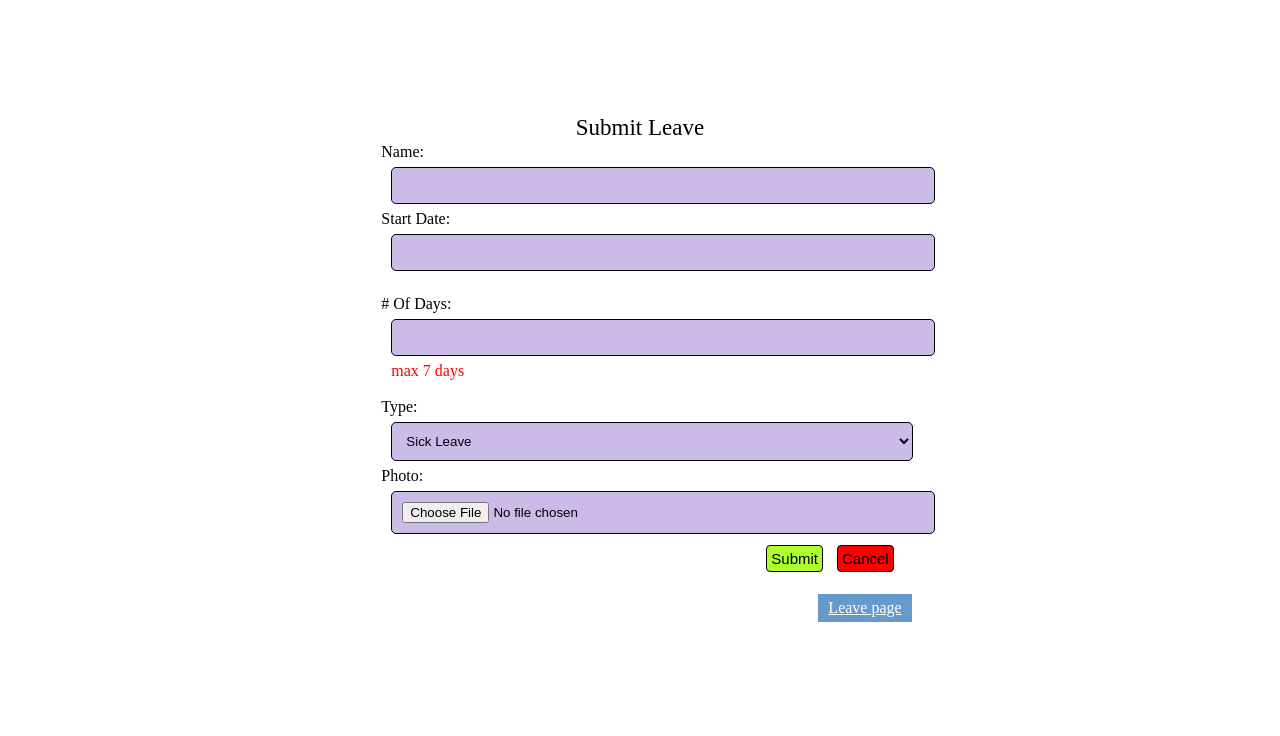
Repository: Murad71/BasicCRUD
Page: index.html
An editor plug-in stored every save of this project. The page is shown before and after the next save, followed by the edit.
The browser window is 1280 px wide. The pictures show the whole page.

Above is the page before, as saved 2023-05-07 05:36:28.
Console error: SyntaxError: Identifier 'storage' has already been declared

After the next save:
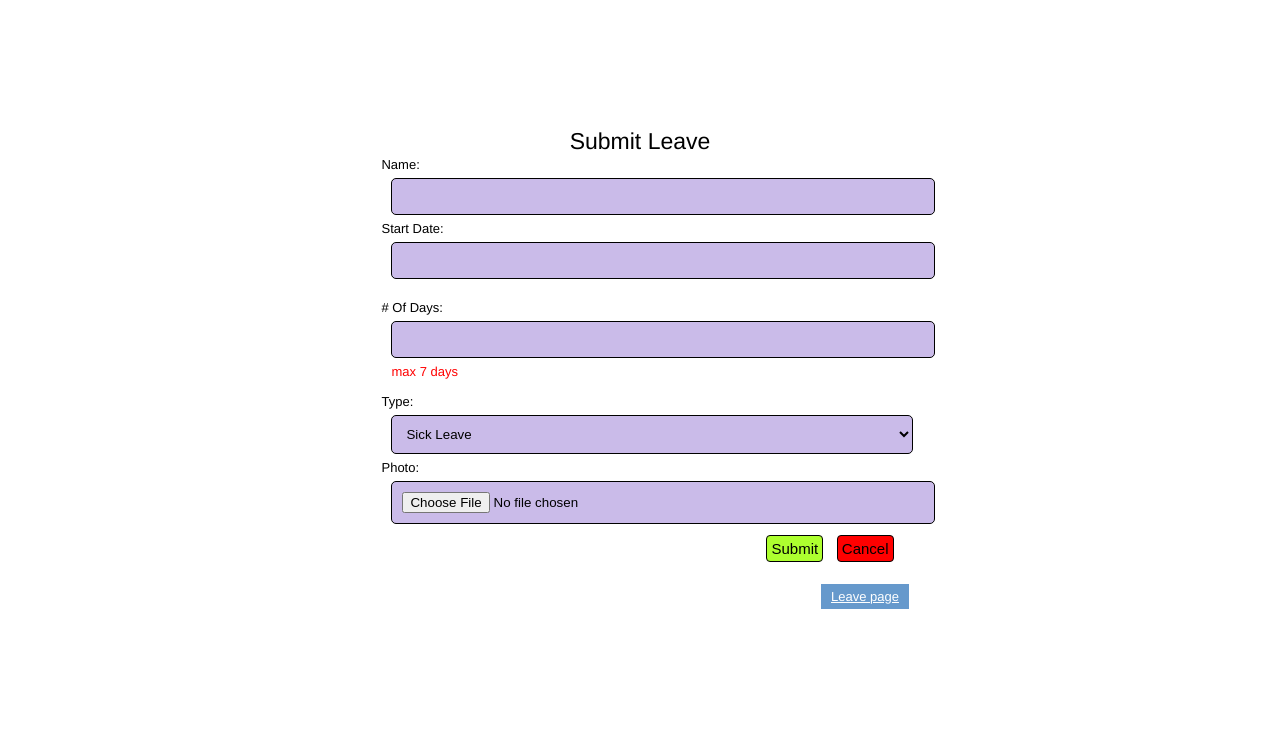
Saved 12 s later.
--- a/index.css
+++ b/index.css
@@ -13,6 +13,10 @@
 
 .flex1
 {
+  box-sizing: border-box;
+  font-family: "Franklin Gothic Medium", "Arial Narrow", Arial, sans-serif;
+  font-size: small;
+
   place-items: center;
   align-items: center;
   display: flex;

After the save that followed:
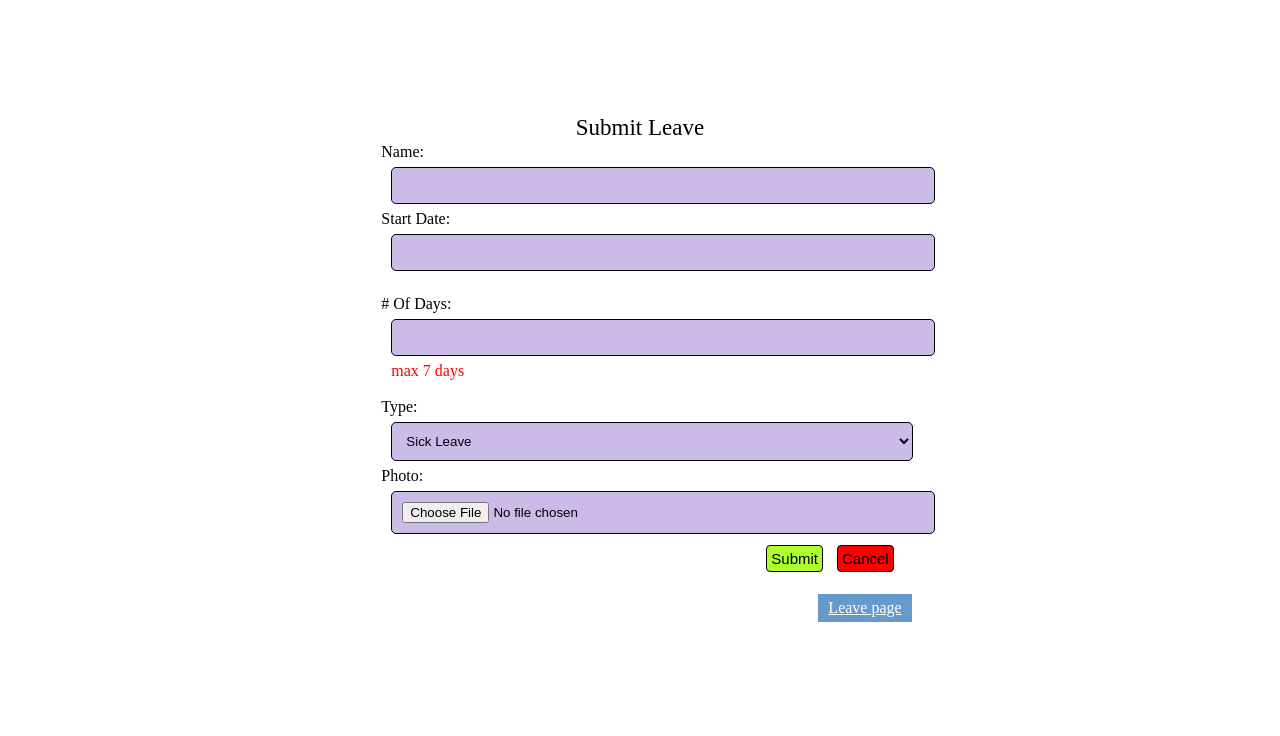
Saved 23 s later.
--- a/index.css
+++ b/index.css
@@ -13,10 +13,6 @@
 
 .flex1
 {
-  box-sizing: border-box;
-  font-family: "Franklin Gothic Medium", "Arial Narrow", Arial, sans-serif;
-  font-size: small;
-
   place-items: center;
   align-items: center;
   display: flex;
